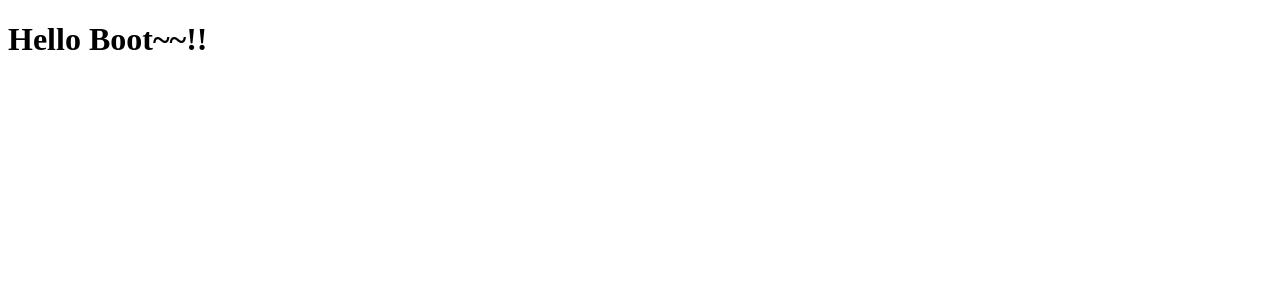
Repository: Niftrone/Framework
Page: work07_boot/boot01/src/main/resources/static/hello.html
The author's editor kept a copy of each file at every save. The page is drawn from the files as they stood at one save, then again after the next save.
The browser window is 1280 px wide. The pictures show the whole page.

Above is the page before, as saved 2025-07-11 06:55:35.

### work07_boot/boot01/src/main/resources/static/hello.html
<!DOCTYPE html>
<html>
<head>
<meta charset="UTF-8">
<title>Insert title here</title>
</head>
<body>
<h1>Hello Boot~~!!</h1>
</body>
</html>

After the next save:
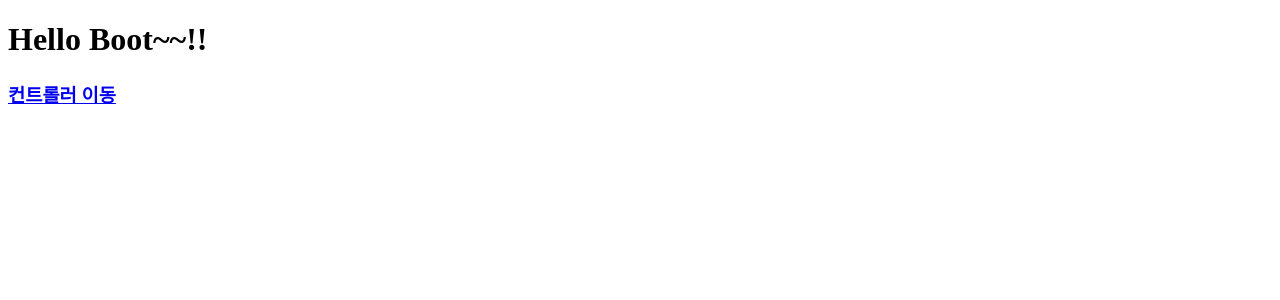
Saved 2 min 15 s later.
--- a/work07_boot/boot01/src/main/resources/static/hello.html
+++ b/work07_boot/boot01/src/main/resources/static/hello.html
@@ -6,5 +6,6 @@
 </head>
 <body>
 <h1>Hello Boot~~!!</h1>
+<h3><a href="index">컨트롤러 이동</a></h3>
 </body>
 </html>
